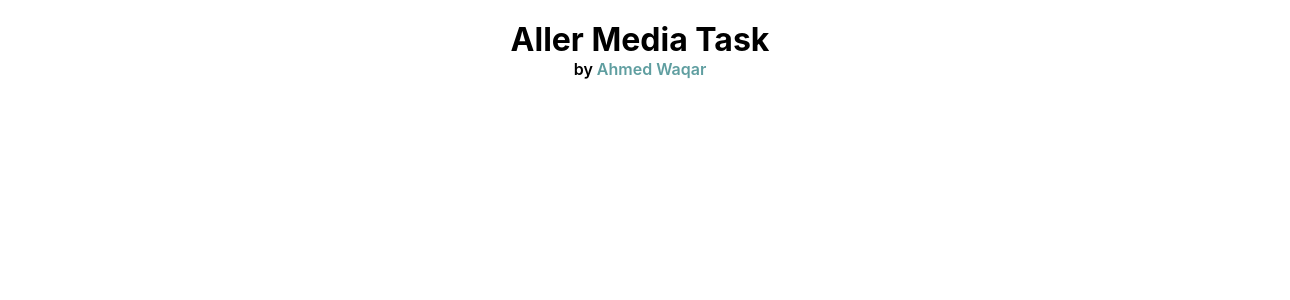
Repository: waqarmalyk/Back-to-front
Page: /
An editor plug-in stored every save of this project. The page is shown before and after the next save, followed by the edit.
The browser window is 1280 px wide. The page is 1290 px wide, so the pictures cover 1290 px, including what lies to the right of the window. The pictures show the whole page.
The page's requests for data from a server got no answer. The project was rebuilt for these pictures with package versions that can differ from the ones it lists, and the page was loaded fresh each time. No one was signed in, and anything a server would have sent is missing.

Above is the page before, as saved 2022-02-06 11:24:42.

After the next save:
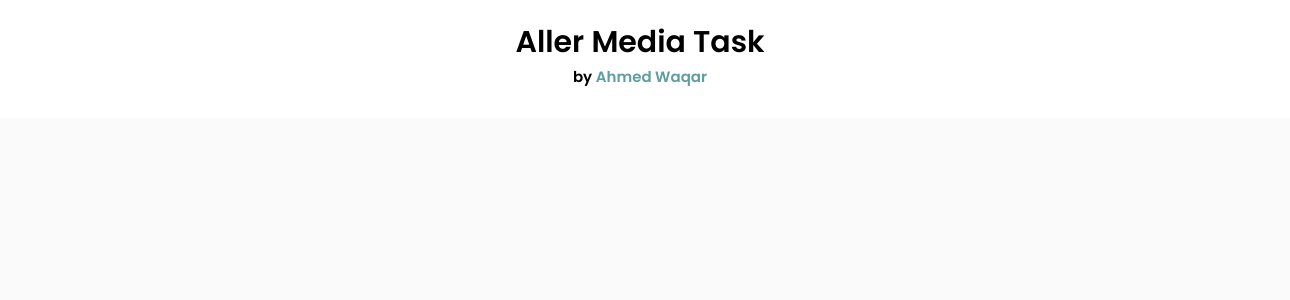
Saved 2 s later.
--- a/src/App.css
+++ b/src/App.css
@@ -1,12 +1,25 @@
 
+:root {
+  --red: hsl(0, 78%, 62%);
+  --cyan: hsl(180, 62%, 55%);
+  --orange: hsl(34, 97%, 64%);
+  --blue: hsl(212, 86%, 64%);
+  --varyDarkBlue: hsl(234, 12%, 34%);
+  --grayishBlue: hsl(229, 6%, 66%);
+  --veryLightGray: hsl(0, 0%, 98%);
+  --weight1: 200;
+  --weight2: 400;
+  --weight3: 600;
+}
 * {
   margin: 0;
   padding: 0;
   box-sizing: border-box;
 }
 body {
-  font-family: -apple-system, BlinkMacSystemFont, "Segoe UI", Roboto, Helvetica,
-    Arial, sans-serif, "Apple Color Emoji", "Segoe UI Emoji", "Segoe UI Symbol";
+  font-size: 15px;
+  font-family: 'Poppins', sans-serif;
+  background-color: var(--veryLightGray);
 }
 .title {
 text-align: center;
